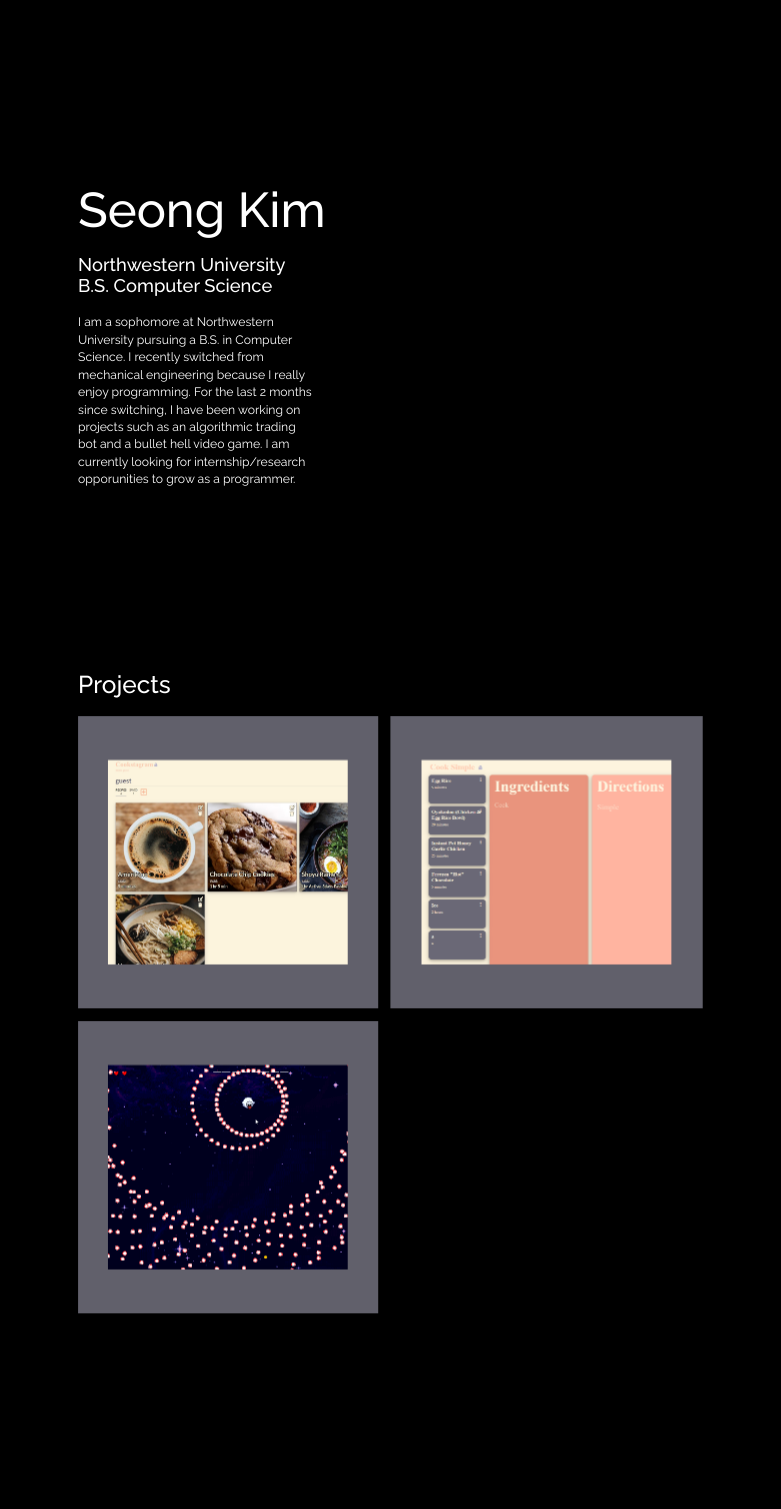
Repository: oqueuo/personal-site
Page: index.html
An editor plug-in stored every save of this project. The page is shown before and after the next save, followed by the edit.
The browser window is 1280 px wide. The pictures show the whole page, at 61% of full size.

Above is the page before, as saved 2020-09-21 19:25:35.

### index.html
<!-- Accountability, Balance, Trustworthiness -->
<!DOCTYPE html>
<html lang="en">
  <head>
    <title>Seong Kim</title>
    <meta charset="UTF-8">
    <meta name="viewport" content="width=device-width, initial-scale=1.0">

    <script src="https://ajax.googleapis.com/ajax/libs/jquery/3.5.1/jquery.min.js"></script>
    <script src="https://maxcdn.bootstrapcdn.com/bootstrap/3.4.1/js/bootstrap.min.js"></script>
    <link rel="stylesheet" href="https://maxcdn.bootstrapcdn.com/bootstrap/3.4.1/css/bootstrap.min.css">
    <link rel="stylesheet" href="styles.css">
    <script src="scripts.js"></script>
  </head>

  <body>
    <main>
      <header>
        <!-- <h1 id="navbar-brand"><a href="index.html" class="navbar-brand">KeunSeongK |</a></h1>
        <a id="email" href = "mailto: abc@example.com">keunseongk@gmail.com</a>
        <ul>
          <li><span id="pulldown-btn" class="glyphicon glyphicon-align-justify"></span>
            <ul id="nav-pulldown">
              <li class="navbar-item"><a class="nav-link" href=#about></a></li>
              <li class="navbar-item" style="padding-right:100px;"><a class="nav-link" href="resume.html">Resume</a></li>
              <li class="navbar-item"><a class="nav-link" href="https://github.com/oqueuo">GitHub</a></li>
              <li class="navbar-item"><a class="nav-link" href="https://www.linkedin.com/in/seong-kim-a0a989160/">LinkedIn</a></li>
            </ul>
          </li>
        </ul> -->
      </header>

      <!-- About me -->
      <section id="about">

        <div id="about-text">
          <h1>Seong Kim</h1>
          <h2>Northwestern University<br>B.S. Computer Science</h2>
          <p>I am a sophomore at Northwestern University pursuing
            a B.S. in Computer Science. I recently switched from mechanical engineering
            because I really enjoy programming. For the last 2 months since switching,
            I have been working on projects such as an algorithmic trading bot and a
            bullet hell video game. I am currently looking for internship/research
            opporunities to grow as a programmer.
          </p>
        </div>
      </section>

      <h1 id="projects-header">Projects</h1>

      <!-- Projects: Filled in with JS template -->
      <section id="projects">
      </section>

    </main>
  </body>
  <script>
    render_projects(projects, "#projects");
  </script>
</html>

### styles.css
@import url('https://fonts.googleapis.com/css2?family=Raleway:ital,wght@0,100;0,200;0,300;0,400;0,500;0,600;0,700;0,800;0,900;1,100;1,200;1,300;1,400;1,500;1,600;1,700;1,800;1,900&display=swap');
/* Global styles
------------------------------------*/
* {
    /* Remove Chrome default margins */
    margin: 0 !important;
    font-family: 'Raleway', sans-serif;
}
body {
    background: black;
    display: flex;
    justify-content: center;
}
main {
    position: relative;
    width: 80vw;
    display: block;
    margin-left: auto;
    margin-right: auto;
}


/* NAVBAR */
header {
    color: white;
    padding-top: 10px;
    position: relative;
    width: inherit;
    height: 100px;
}
header>a {
    position: absolute;
    font-size: 25px;
    left: 260px;
    top: 25px;
}
header ul {
    list-style: none;
    z-index: 5;
    position: absolute;
    top: 25px;
    right: 0px;
}
#navbar-brand {

}
.navbar-brand {
    text-decoration: none;
    font-size: 40px !important;
    color: white;
    font-family: Cambria, Cochin, Georgia, Times, 'Times New Roman', serif !important;
}

.navbar-item {
    display: inline;
    font-size: 25px;
    padding-right: 15px;
}
ul a, #email, .more-info-on-github {
    text-decoration: none;
    color: rgb(153, 140, 218);
}

ul a:hover, #email:hover, .more-info-on-github:hover {
    opacity: 0.8;
}
ul a:active, #email:active, .more-info-on-github:active {
    opacity: 0.7;
}




/* Recipe pulldown */
#pulldown-btn {
    cursor: pointer;
    font-size: 20px;
}
ul #nav-pulldown {
    display: none;
    background-color: rgb(253, 244, 222);
    border: 1px solid #333;
    border-radius: 4px;
    width: 90px;
    padding: 5px;
    position: absolute;
    top: 30px;
    right: 10px;
    text-align: end;
}
ul #nav-pulldown li {
    color: #333;
    display: block;
    block-size: auto;
}
header>ul>li:hover #nav-pulldown {
    display: block;
}
ul #nav-pulldown a {
    color: rgb(76, 74, 83);
    font-size: 15px;
}










/* ABOUT */
#about {
    color: white;
    margin-top: 200px !important;
    /* background: royalblue; */
}
#about-text h1 {
    font-family: 'Raleway', sans-serif;
    font-size: 80px;
}
#about-text h2 {
    margin-top: 30px !important;
}
#about p {
    margin-top: 30px !important;
    max-width: 30vw;
    font-size: 20px;
}


/* Projects */

#projects-header {
    font-size: 40px;
    color: white;
    margin-top: 300px !important;
    margin-bottom: 30px !important;
}
#projects {
    display: flex;
    flex-wrap: wrap;
    padding: 0;
    width: 100%;
    margin-bottom: 300px !important;
}
.project-card-container {
    box-sizing: border-box;
    width: 50%;
    height: 500px;
    padding-right: 2%;
    padding-bottom: 2%;
}
.project-card-container:nth-child(2n) {
    padding-right: 0;
}
.project-card-gray {
    background-color: rgb(97, 96, 107);
    height: 100%;
    width: 100%;
    position: relative;
}
.project-card-content {
    position: absolute;
    left: 10%;
    top: 15%;

    width: 80%;
    height: 70%;
    position: absolute;
    background-size: cover;
    transition: .5s ease;
    backface-visibility: hidden;
}

.project-overlay {
    color: white;
    font-size: 20px;

    transition: .5s ease;
    opacity: 0;
    position: absolute;
    top: 50%;
    left: 50%;
    transform: translate(-50%, -50%);
    -ms-transform: translate(-50%, -50%);
}
.project-card-container:hover .project-card-content {
    opacity: 0.08;
}

.project-card-container:hover .project-overlay {
    opacity: 1;
}


/* Resume */
.resume {
    margin-top: 200px !important;
    background-image: url(backgrounds/resume330.png);
    height: 1000px;
    width: 63%;
}

.three-vertical-dots {
    color: white;
}





@media (max-width: 1300px) {

}

### scripts.js
var projects = [
    {
        title: "Cookstagram",
        description: "A recipe-sharing social network application created with ReactJS/Redux frontend and Django Rest Framework backend",
        cover: "backgrounds/cookstagram.jpg",
        link: "https://cookstagram.recipes",
        github: "https://github.com/oqueuo/Cookstagram"
    },
    {
        title: "Cook Simple",
        description: "A minimalist recipe storage app created with Django and Django Templates",
        cover: "backgrounds/cook-simple.png",
        link: "https://cooksimple.life",
        github: "https://github.com/oqueuo/cook_simple"
    },
    {
        title: "Boollet Hell",
        description: "A Bullet Hell shooter game created in C++ for an in-class project",
        cover: "backgrounds/boollet-hell.png",
        link: "n/a",
        github: "n/a"
    }
]
function try_out_the_website(project) {
    if (project.link != "n/a") {
        return `
        To try it out, <a href="${project.link}" style="color: #ffd4be" target="_blank">Click here</a>
        `
    } else {
        return ''
    }
}

function more_info_on_my_github(project) {
    if (project.github != "n/a") {
        return `
        See code on <a href="${project.github}" style="color: #ffd4be" target="_blank">GitHub</a>
        `
    } else {
        return ''
    }
}

function render_projects(projects, projects_id) {
    let project_case = document.querySelector(projects_id);
    if (project_case) {
        if (projects instanceof Array) {
            for (let project of projects) {
                let template = `
                <div class="project-card-content" style="background-image: url(${project.cover});"></div>
                <div class="project-overlay">
                    ${project.description}<br><br>
                    ${try_out_the_website(project)} <br>
                    ${more_info_on_my_github(project)}
                </div>`;

                let project_card_container = document.createElement("div");
                project_card_container.className = "project-card-container";
                project_card_container.innerHTML = `
                <div class="project-card-gray">
                    ${template}
                </div>
                `
                project_case.append(project_card_container);
            }
        }
    }
}

const show_project_info = (el) => {

}

After the next save:
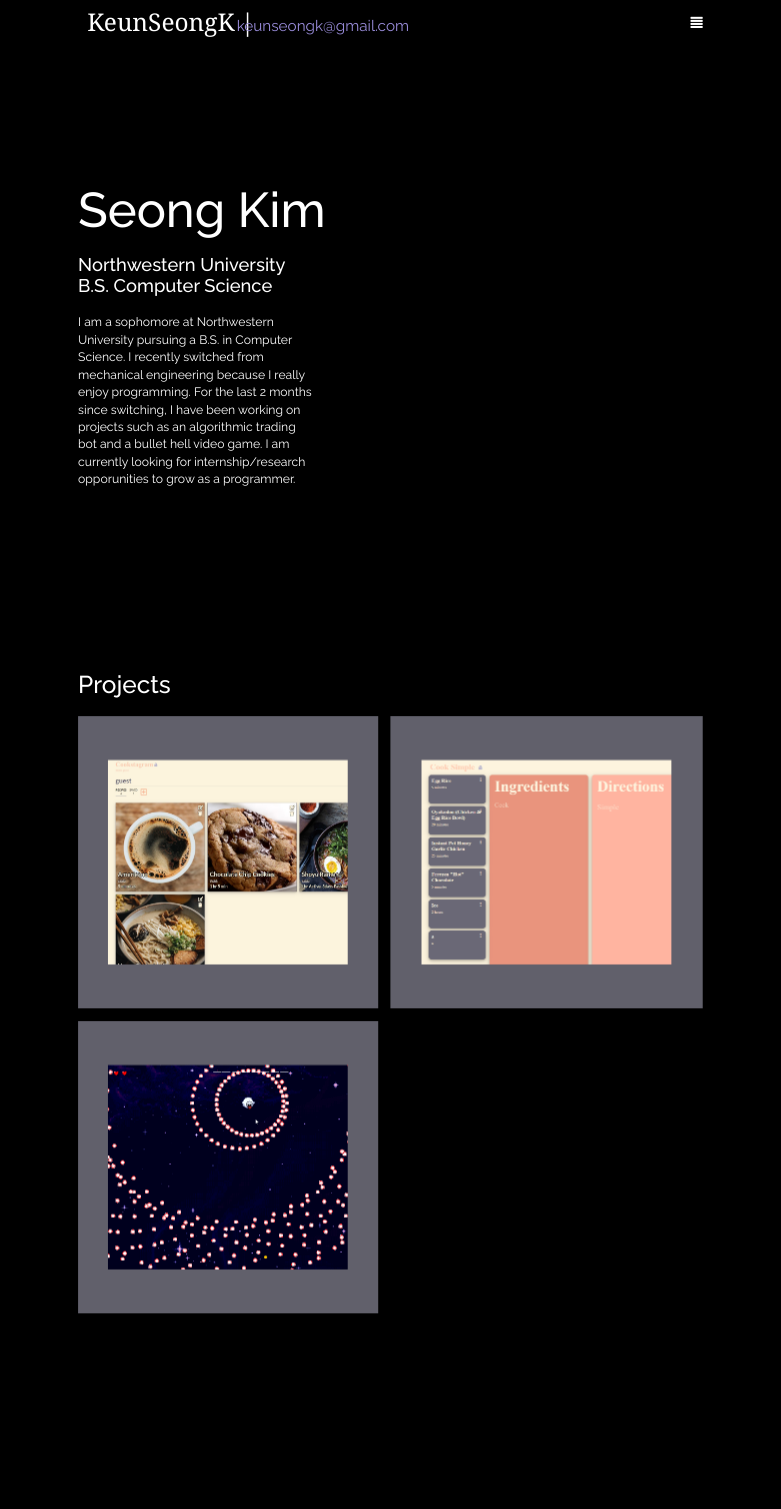
Saved 9 s later.
--- a/index.html
+++ b/index.html
@@ -16,7 +16,7 @@
   <body>
     <main>
       <header>
-        <!-- <h1 id="navbar-brand"><a href="index.html" class="navbar-brand">KeunSeongK |</a></h1>
+        <h1 id="navbar-brand"><a href="index.html" class="navbar-brand">KeunSeongK |</a></h1>
         <a id="email" href = "mailto: abc@example.com">keunseongk@gmail.com</a>
         <ul>
           <li><span id="pulldown-btn" class="glyphicon glyphicon-align-justify"></span>
@@ -27,7 +27,7 @@
               <li class="navbar-item"><a class="nav-link" href="https://www.linkedin.com/in/seong-kim-a0a989160/">LinkedIn</a></li>
             </ul>
           </li>
-        </ul> -->
+        </ul>
       </header>
 
       <!-- About me -->
